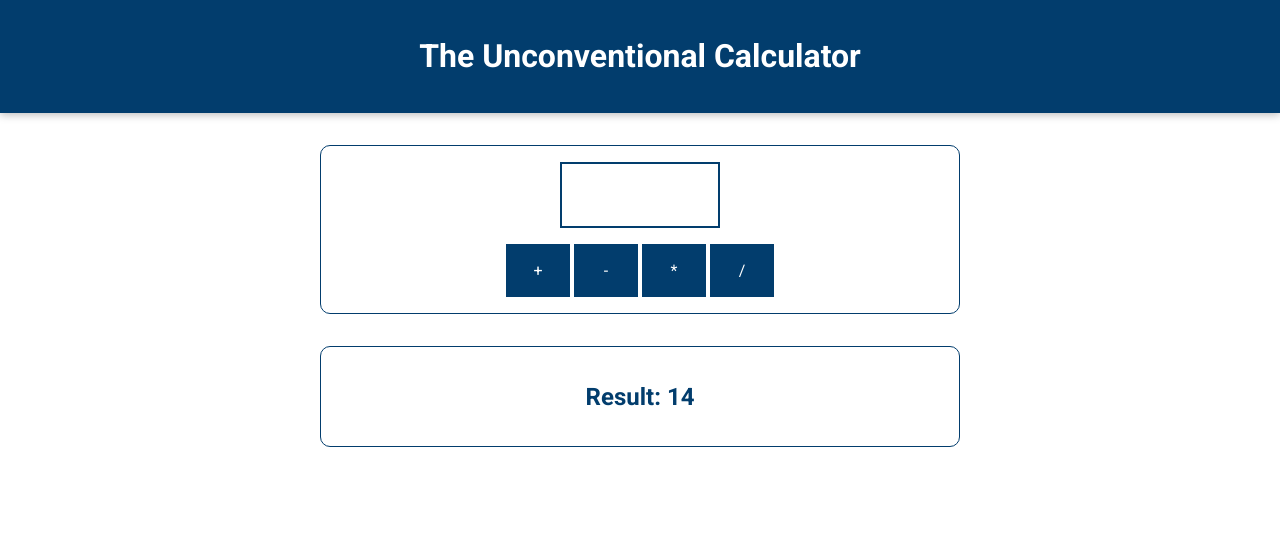
Repository: rafal-bedkowski/JSFundamentalCourse
Page: index.html
The author's editor kept a copy of each file at every save. The page is drawn from the files as they stood at one save, then again after the next save.
The browser window is 1280 px wide. The pictures show the whole page.

Above is the page before, as saved 2022-09-06 11:49:59.

After the next save:
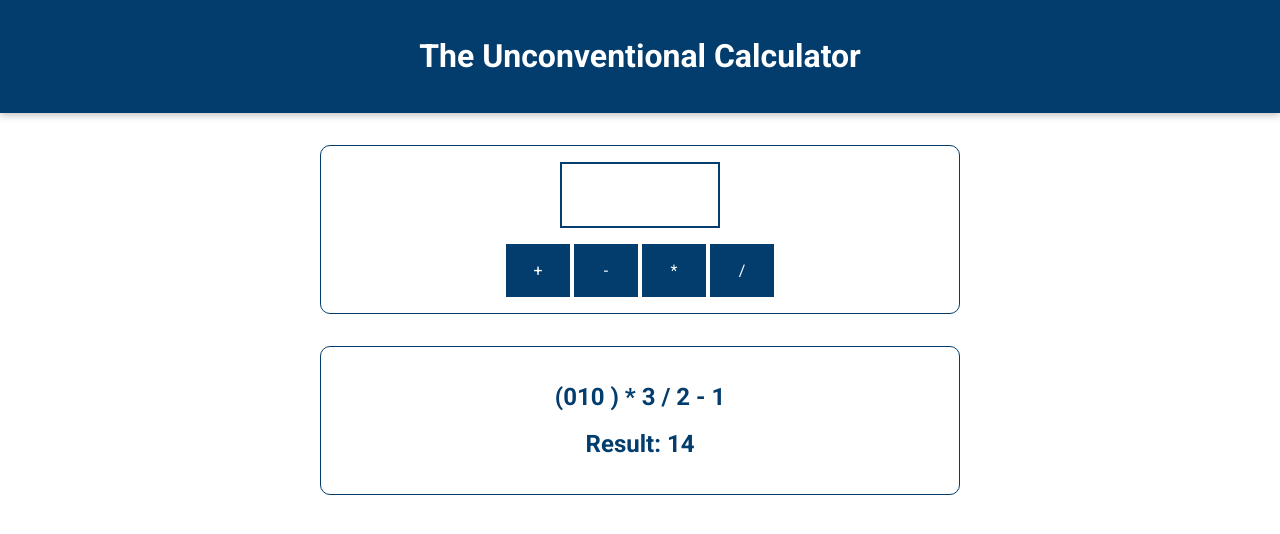
Saved 14 s later.
--- a/assets/scripts/app.js
+++ b/assets/scripts/app.js
@@ -5,4 +5,4 @@ currentResult = ((currentResult + 10) * 3) / 2 - 1;
 
 let calculateDescription = '(' + defaultResult + '10 ) * 3 / 2 - 1';
 
-outputResult(currentResult, '');
+outputResult(currentResult, calculateDescription);
